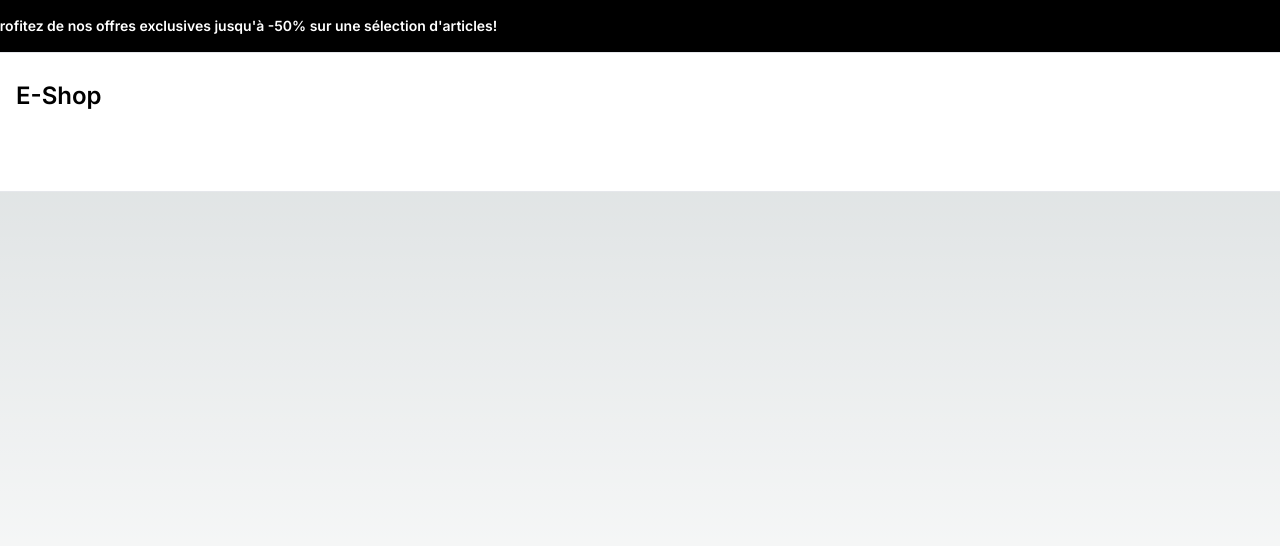
Repository: SDlevelUp/e-shop
Page: /
These files come from the project's save history. The page is drawn as it stood at one moment and after the next save; the edit follows.
The browser window is 1280 px wide. The pictures show the whole page.
The project was rebuilt for these pictures with package versions that can differ from the ones it lists, and the page was loaded fresh each time. The framework's server and built-in components were replaced by stand-ins that run in the browser. Also part of the build but not shown: next.config.js.

Above is the page before, as saved 2023-08-29 09:22:21.

### src/app/layout.js
import './globals.css'
import { Inter } from 'next/font/google';
import Navbar from '@/components/Navbar/Navbar';
import GlobalState from '@/context';
const inter = Inter({ subsets: ['latin'] })

export const metadata = {
  title: 'E-Shop, votre boutique en ligne',
  description: 'Generated by create next app',
};

export default function RootLayout({ children }) {
  return (
    <html lang="en">
      <head>
        <meta charSet="UTF-8" />
        <meta name="viewport" content="width=device-width, initial-scale=1.0" />
        <title>{metadata.title}</title>
        <meta name="description" content={metadata.description} />
      </head>
      <body className={inter.className}>
        <GlobalState>
          <Navbar />
          <main>{children}</main>
        </GlobalState>
      </body>
    </html>
  )
}

### src/app/page.js
import React from 'react';

function Home() {
  return (
    <main className="flex min-h-screen flex-col items-center justify-between p-24">
      <div>

      </div>
    </main>
  );
}

export default Home;

### src/app/globals.css
@tailwind base;
@tailwind components;
@tailwind utilities;

:root {
  --foreground-rgb: 0, 0, 0;
  --background-start-rgb: 214, 219, 220;
  --background-end-rgb: 255, 255, 255;
}

@media (prefers-color-scheme: dark) {
  :root {
    --foreground-rgb: 255, 255, 255;
    --background-start-rgb: 0, 0, 0;
    --background-end-rgb: 0, 0, 0;
  }
}

body {
  color: rgb(var(--foreground-rgb));
  background: linear-gradient(to bottom,
      transparent,
      rgb(var(--background-end-rgb))) rgb(var(--background-start-rgb));
}

.animation {
  animation: defilement-rtl 1s infinite;
}

@keyframes defilement-rtl {
  0% {
    transform: translate3d(0, 0, 0);
  }

  100% {
    transform: translate3d(-100%, 0, 0);
  }
}

### src/components/Navbar/Navbar.jsx
"use client";

export default function Navbar() {
    return (
        <>
            <div className="bg-white fixed z-40 w-full top-0 left-0 border-b border-gray-200 h-48">
                <header className="bg-black z-50 w-full top-0 left-0 border-b border-gray-200 fixed">
                    <div className="max-w-screen-xl flex flex-wrap items-center justify-center mx-auto p-4">
                        <div className="flex items-center cursor-pointer">
                            <span className="text-white text-sm font-semibold whitespace-nowrap animation">
                                Profitez de nos offres exclusives jusqu'à -50% sur une sélection d'articles!
                            </span>
                        </div>
                    </div>
                </header>

                <nav className="max-w-screen-xl flex items-center justify-between mx-auto p-4 mt-16" >
                    <div className="flex items-center cursor-pointer">
                        <span className="self-center text-2xl font-semibold whitespace-nowrap">
                            E-Shop
                        </span>
                    </div>
                    {/* Supprimez la div vide */}
                </nav>
            </div>
        </>
    );
}

### src/context/index.js
"use client";

import { createContext } from 'react';

export const GlobalContext = createContext(null);

export default function GlobalState({ children }) {
    return (
        <GlobalContext.Provider value={{}}>{children}</GlobalContext.Provider>
    )
}

Loaded but not shown: tailwind.config.js (common file)

After the next save:
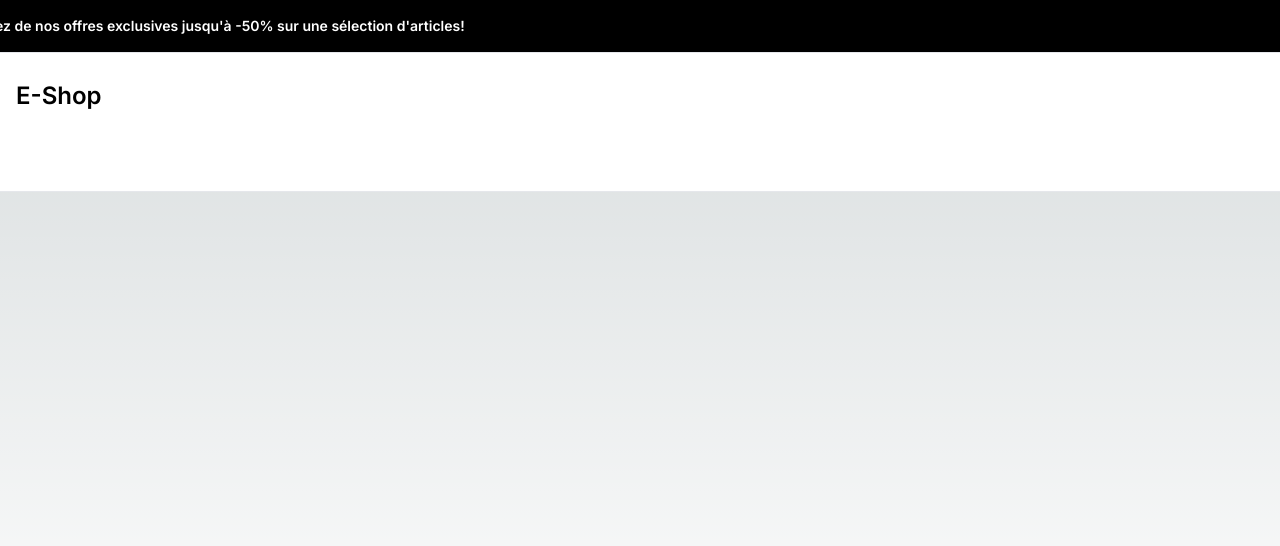
Saved 7 s later.
--- a/src/app/globals.css
+++ b/src/app/globals.css
@@ -24,7 +24,7 @@ body {
 }
 
 .animation {
-  animation: defilement-rtl 1s infinite;
+  animation: defilement-rtl 10s infinite;
 }
 
 @keyframes defilement-rtl {
